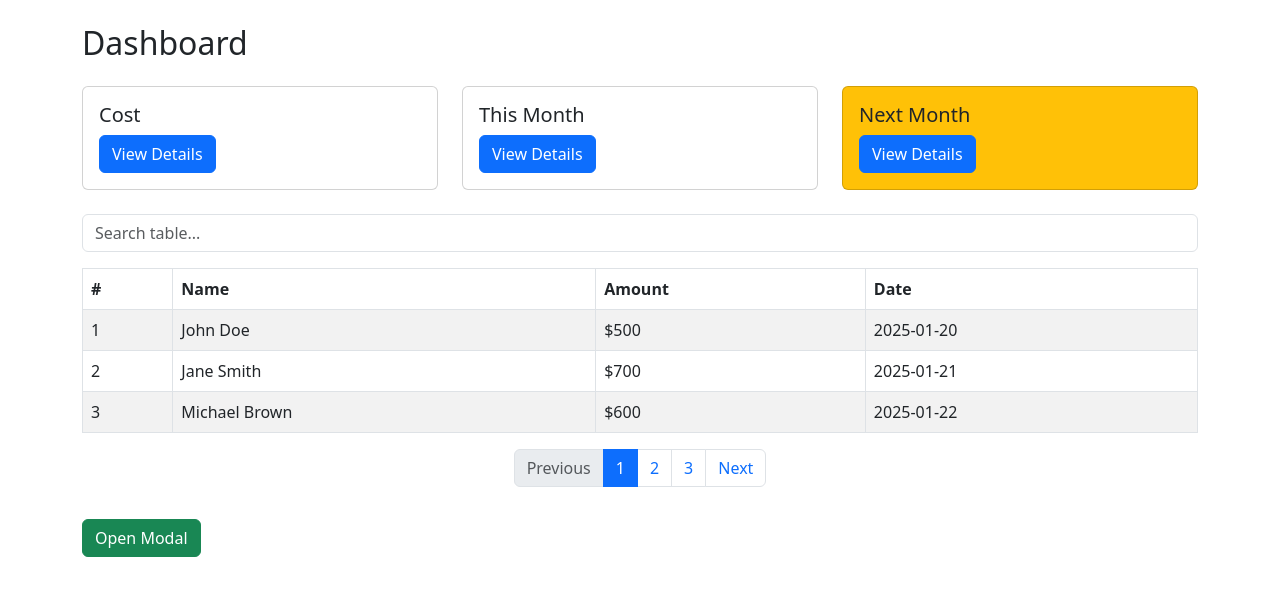
Repository: Dayvid0/BOOTSTRAP-TUTORIALS
Page: BOOTSTRAP-GRID-LAYOUTS/chatgpt.demo.html
The author's editor kept a copy of each file at every save. The page is drawn from the files as they stood at one save, then again after the next save.
The browser window is 1280 px wide. The pictures show the whole page.

Above is the page before, as saved 2025-02-01 13:37:11.

After the next save:
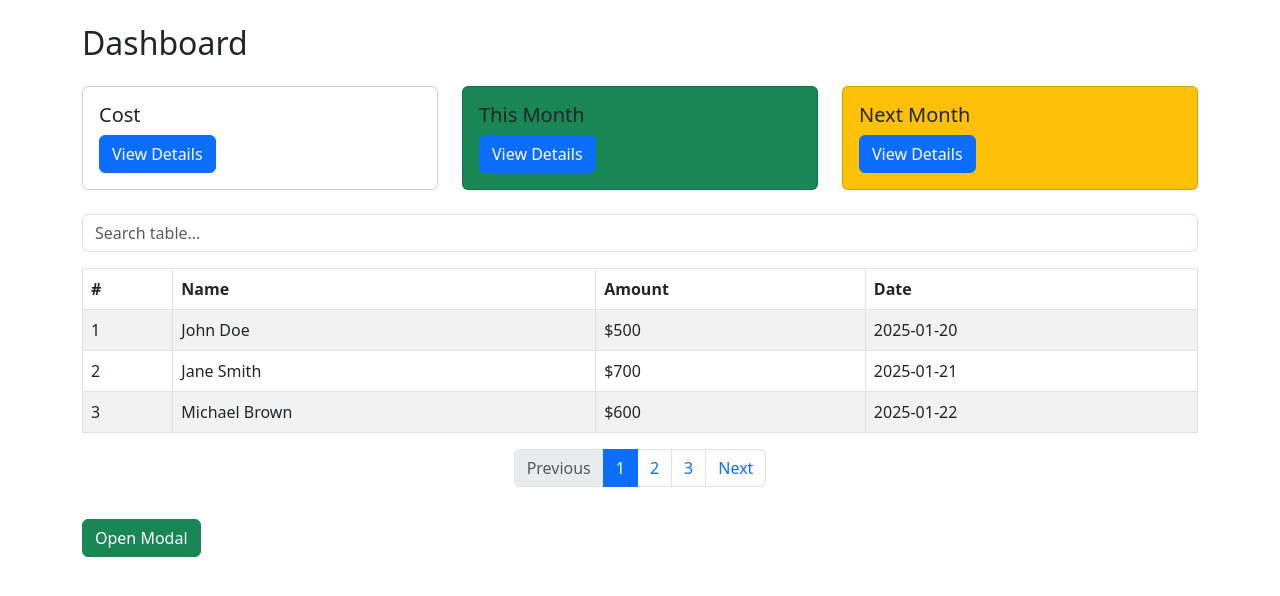
Saved 18 s later.
--- a/BOOTSTRAP-GRID-LAYOUTS/chatgpt.demo.html
+++ b/BOOTSTRAP-GRID-LAYOUTS/chatgpt.demo.html
@@ -24,7 +24,7 @@
             </div>
             <!-- This Month Card -->
             <div class="col-md-4">
-                <div class="card">
+                <div class="card bg-success">
                     <div class="card-body">
                         <h5 class="card-title">This Month</h5>
                         <button class="btn btn-primary" type="button" data-bs-toggle="collapse" data-bs-target="#collapseThisMonth" aria-expanded="false">View Details</button>
